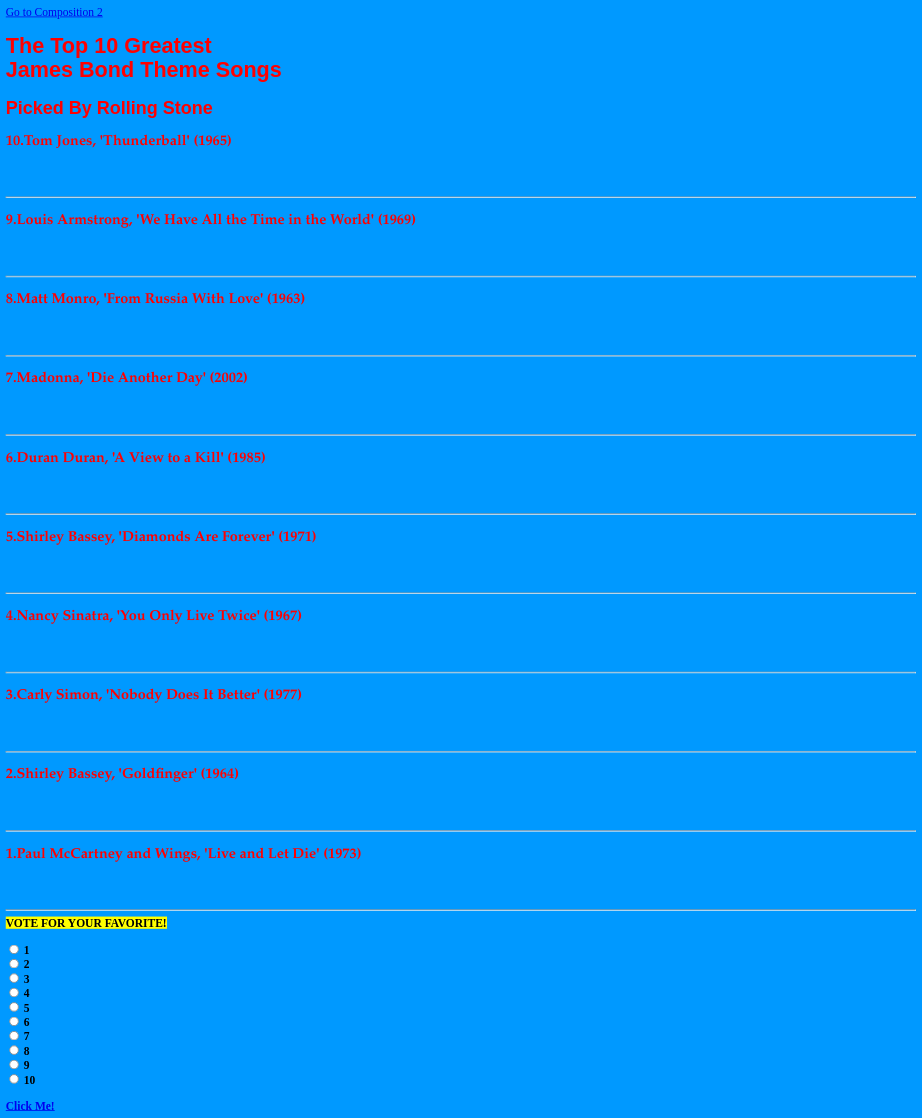
Repository: dominiquedevito/dominiquedevito.github.io
Page: 5compositions/composition4.html
The author's editor kept a record of every edit. The page is drawn from the files as they stood at one moment, then again after the next edit.
The browser window is 1280 px wide. The pictures show the whole page, at 72% of full size.

Above is the page before.

After the next edit:
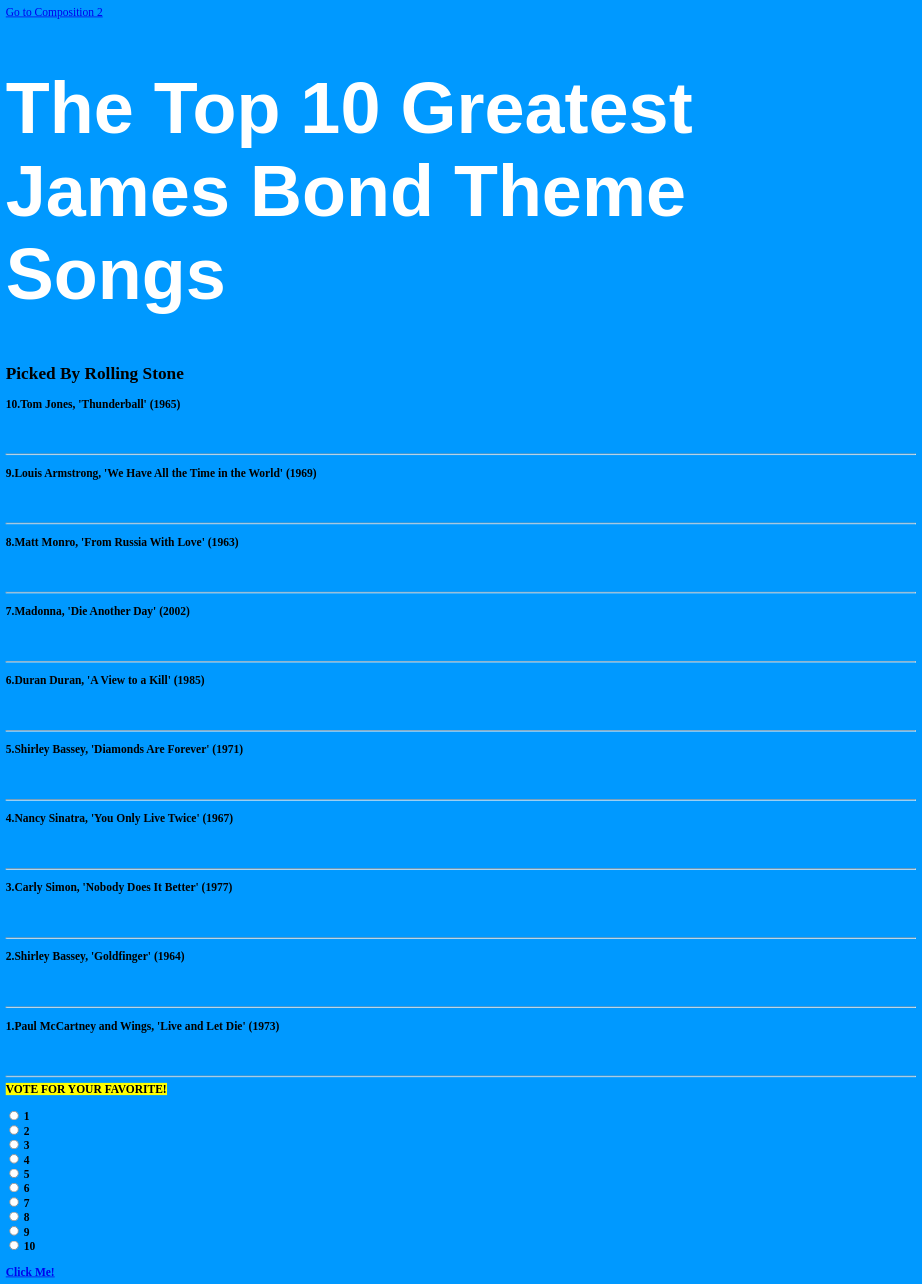
The edit:
--- a/5compositions/composition4.html
+++ b/5compositions/composition4.html
@@ -3,7 +3,7 @@
 		<title>Composition 4</title>
 
 	</head>
-	<link href="1styles.css" rel="stylesheet">
+	<link href="4styles.css" rel="stylesheet">
 	<body>
 <body bgcolor="#0099FF">
 	<a href="composition2.html">Go to Composition 2</a>
